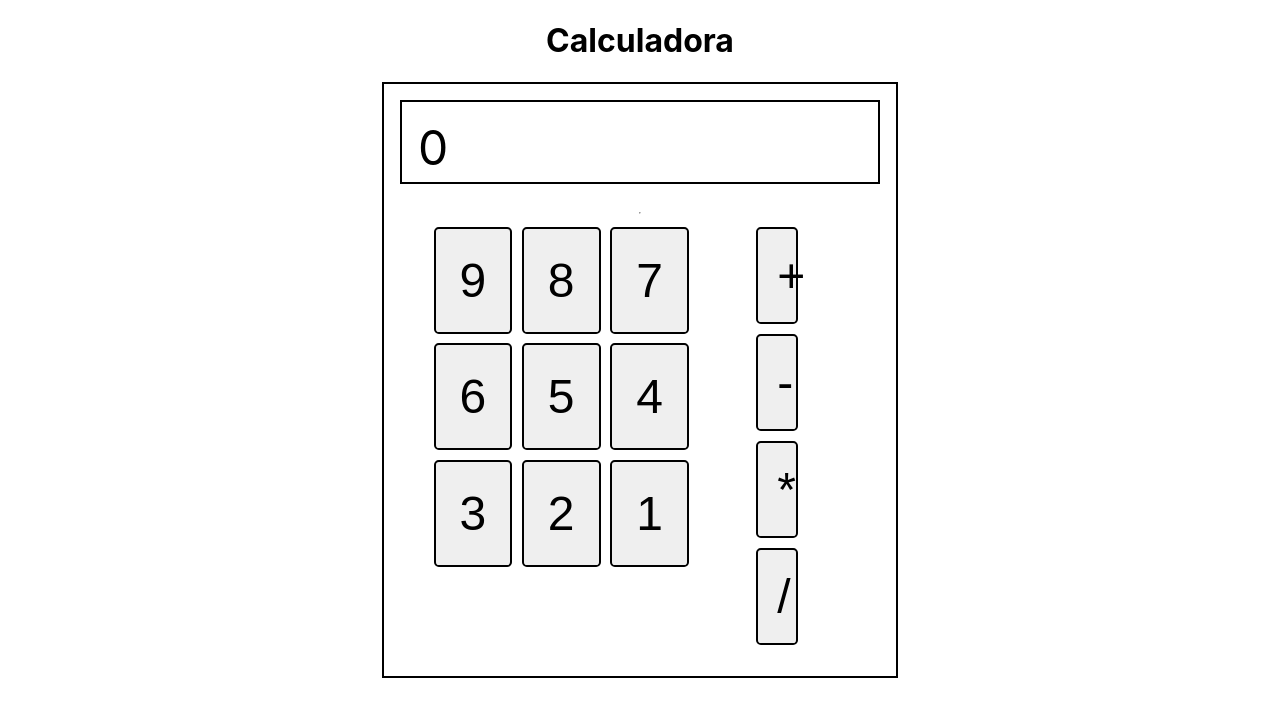
Repository: yamaka/curso-react-febrero-2022
Page: /
An editor plug-in stored every save of this project. The page is shown before and after the next save, followed by the edit.
The browser window is 1280 px wide. The pictures show the whole page.
The project was rebuilt for these pictures with package versions that can differ from the ones it lists, and the page was loaded fresh each time. Also part of the build but not shown: src/App.css, src/components/Zanahoria/Zanahoria.css, src/components/Zanahoria/Zanahoria.js, src/components/Zanahorias/Zanahorias.js, src/components/Lechuga/Lechuga.css, src/components/Lechuga/Lechuga.js, src/components/Calculadora/Calculadora.css, src/components/Calculadora/Calculadora.js and 4 more.

Above is the page before, as saved 2022-03-02 18:31:52.

After the next save:
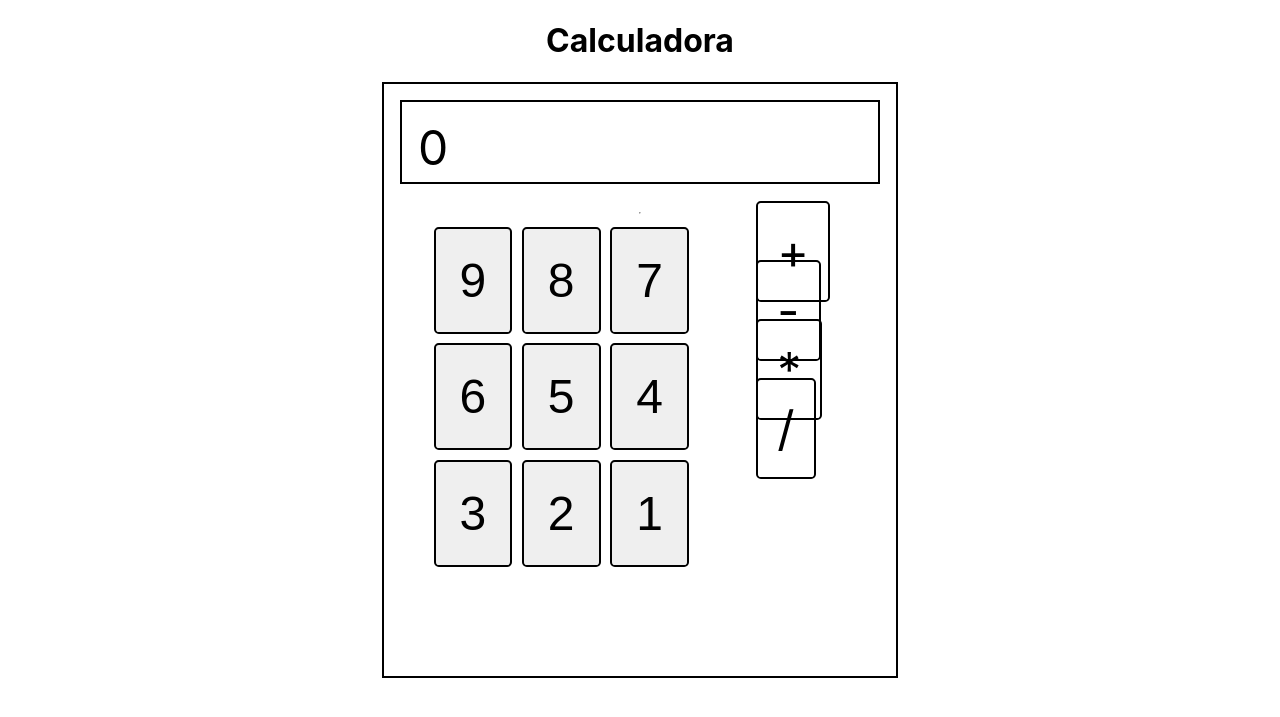
Saved 103 s later.
--- a/src/hooks/components/BotonOperacion/BotonOperacion.js
+++ b/src/hooks/components/BotonOperacion/BotonOperacion.js
@@ -4,9 +4,9 @@ import "./BotonOperacion.css";
 const BotonOperacion = ({ operator, onPress }) => {
   return (
     <div>
-      <button className="boton-operacion" onClick={() => onPress(operator)}>
+      <span className="boton-operacion" onClick={() => onPress(operator)}>
         {operator}
-      </button>
+      </span>
     </div>
   );
 };
